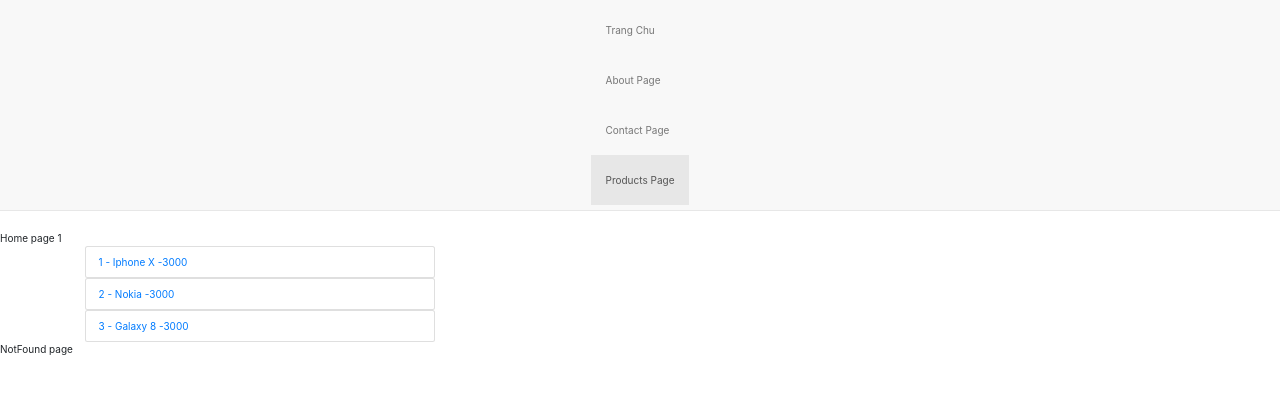
Repository: hntvip/react-route
Page: /products
The author's editor kept a copy of each file at every save. The page is drawn from the files as they stood at one save, then again after the next save.
The browser window is 1280 px wide. The pictures show the whole page.
The project was rebuilt for these pictures with package versions that can differ from the ones it lists, and the page was loaded fresh each time. Also part of the build but not shown: src/components/About.js, src/components/Contact.js.

Above is the page before, as saved 2019-11-28 14:52:30.

After the next save:
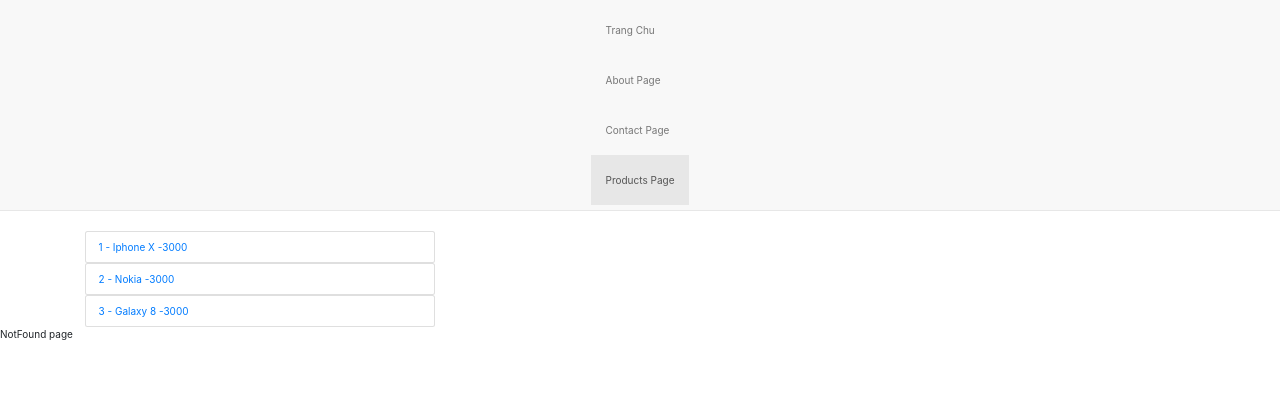
Saved 18 s later.
--- a/src/routes.js
+++ b/src/routes.js
@@ -8,7 +8,7 @@
 
 const routes = [
   {
-    path:'',
+    path:'/h',
     exact: true,
     main: () => <Home/>
   },

After the 2 saves that followed:
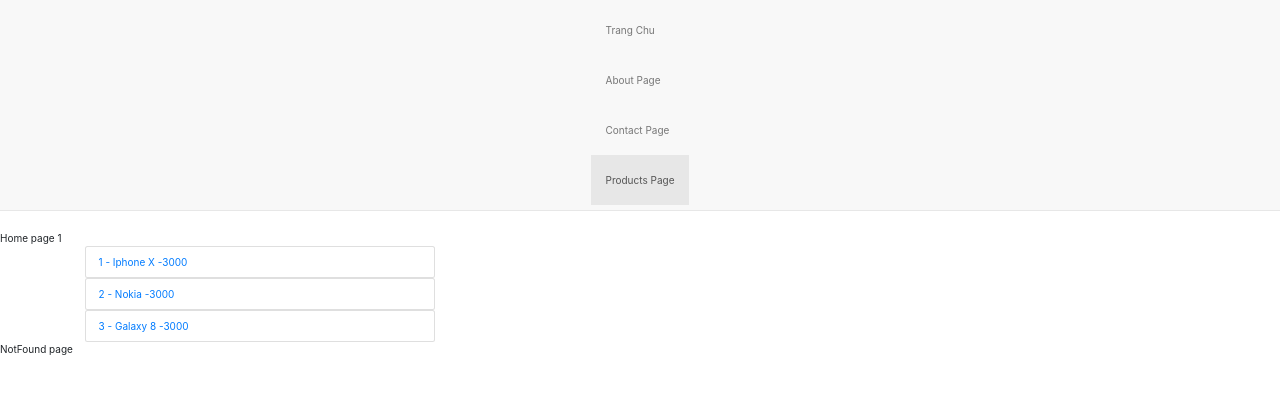
The 2 saves are shown as one change because 1 left the picture as it was.
The last was saved 3 min 16 s later.
--- a/src/App.js
+++ b/src/App.js
@@ -22,7 +22,6 @@ class App extends Component {
       result = routes.map((route, index) => {
         return (
           <Route
-            key={index}
             path={route.path}
             exact={route.exact}
             component={route.main}
--- a/src/routes.js
+++ b/src/routes.js
@@ -8,7 +8,7 @@
 
 const routes = [
   {
-    path:'/h',
+    path:'',
     exact: true,
     main: () => <Home/>
   },
